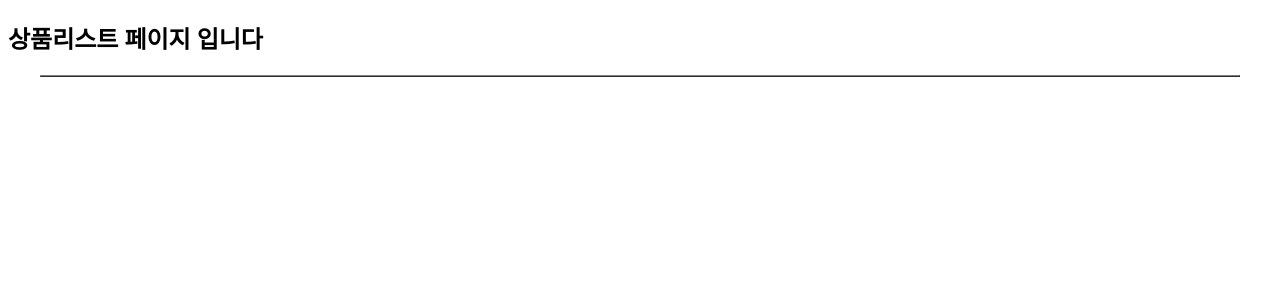
Repository: simjinbo/shoppingmall-lookbom
Page: http://localhost/lookBomProject/views/product/productListView.jsp
These files come from the project's save history. The page is drawn as it stood at one moment and after the next save; the edit follows.
The browser window is 1280 px wide. The pictures show the whole page.
The page is served by Tomcat 9. Nobody is signed in. The application's start-up code is not run.

Above is the page before, as saved 2019-03-12 03:43:24.

After the next save:
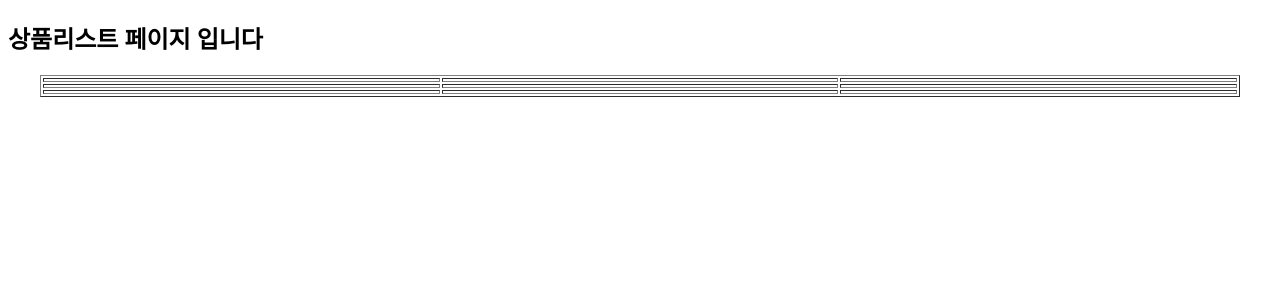
Saved 36 s later.
--- a/lookBomProject/web/views/product/productListView.jsp
+++ b/lookBomProject/web/views/product/productListView.jsp
@@ -9,7 +9,9 @@
 <body>
 <h2>상품리스트 페이지 입니다</h2>
 <table align ="center" width="1200" border="1px solid #bcbcbc">
-
+<tr><th></th><th></th><th></th></tr>
+<tr><th></th><th></th><th></th></tr>
+<tr><th></th><th></th><th></th></tr>
 </table>
 </body>
 </html>
